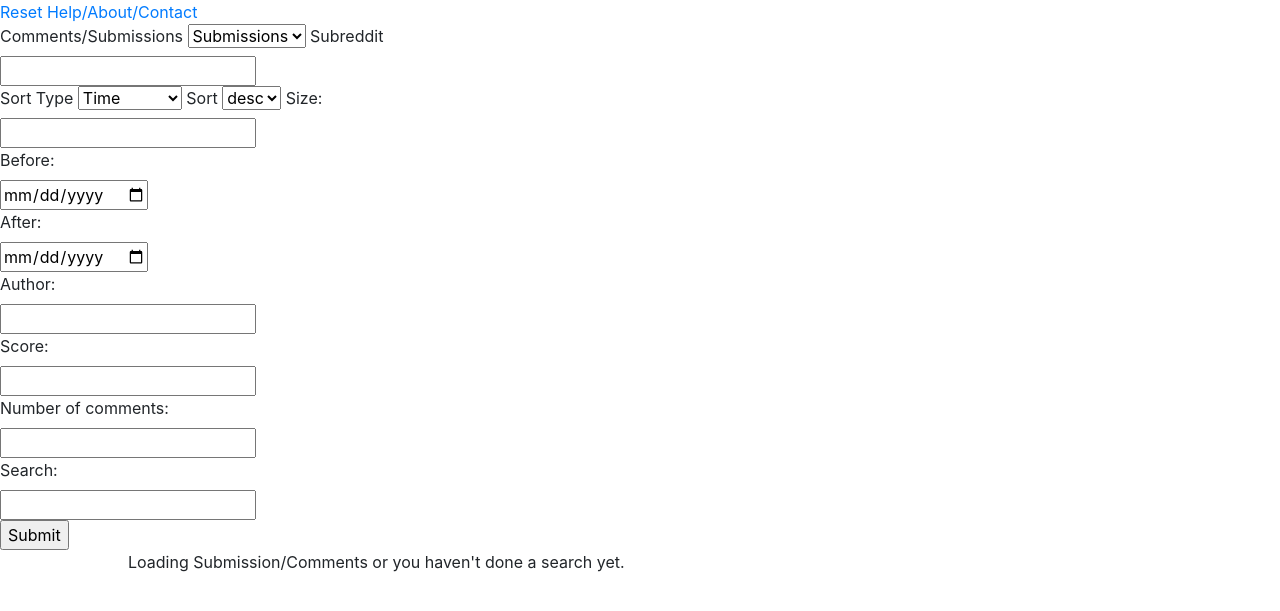
Repository: ihsoyCT/ctarchive
Page: dist/index.html
An editor plug-in stored every save of this project. The page is shown before and after the next save, followed by the edit.
The browser window is 1280 px wide. The pictures show the whole page.

Above is the page before, as saved 2022-05-03 17:12:51.

### dist/index.html

<!DOCTYPE html>
<html>
  <head>
    <title>Reddit Archive</title>
    <style>
      .children {
        margin-left: 20px;
      }
      .score {
        margin-top: auto;
        margin-bottom: auto; /* width: 20px; */
        padding-left: 8px; /* align-items: center; */ /* justify-content: center; */ /* align-self: center; */
        width: 2%;
      }

      .submissionclass {
        height: auto;
        background-color: lightgray;
        margin: 20px 0px 20px 0px;
        display: flex;
      }

      input, label {
        display:block;
      }

      .main {
        margin-left: 10px;
      }

      .thumbnail {
        /* FLOAT: right; */
        margin-left: auto;
      }

      div#content {
        width: 80%;
        margin: auto;
      }

      #submission a {
        font-size: 10px;
      }

      #submission .post a {
        font-size: 1rem;
      }

      #orhans {
        background-color: red;
      }

      .posted {
        font-size: 10px;
      }
      .thumbnail img {
        max-width: 400px;
      }
      h3 {
        margin: 0;
      }
      p.comment_title {
        font-size: 10px;
      }

      .post {
        background-color: lightgrey;
        border: solid;
        border-width: 1px;
        margin-bottom: 5px;
        font-size: 1rem;
      }


      .post_highlight {
        background-color: rgb(87, 131, 87);
        border: solid;
        border-width: 1px;
        margin-bottom: 5px;
        font-size: 1rem;
      }

    </style>
    <link
      rel="stylesheet"
      href="https://stackpath.bootstrapcdn.com/bootstrap/4.5.0/css/bootstrap.min.css"
      integrity="sha384-9aIt2nRpC12Uk9gS9baDl411NQApFmC26EwAOH8WgZl5MYYxFfc+NcPb1dKGj7Sk"
      crossorigin="anonymous"
    />
    <script
      src="https://code.jquery.com/jquery-3.5.1.slim.min.js"
      integrity="sha384-DfXdz2htPH0lsSSs5nCTpuj/zy4C+OGpamoFVy38MVBnE+IbbVYUew+OrCXaRkfj"
      crossorigin="anonymous"
    ></script>
    <script
      src="https://cdn.jsdelivr.net/npm/popper.js@1.16.0/dist/umd/popper.min.js"
      integrity="sha384-Q6E9RHvbIyZFJoft+2mJbHaEWldlvI9IOYy5n3zV9zzTtmI3UksdQRVvoxMfooAo"
      crossorigin="anonymous"
    ></script>
    <script
      src="https://stackpath.bootstrapcdn.com/bootstrap/4.5.0/js/bootstrap.min.js"
      integrity="sha384-OgVRvuATP1z7JjHLkuOU7Xw704+h835Lr+6QL9UvYjZE3Ipu6Tp75j7Bh/kR0JKI"
      crossorigin="anonymous"
    ></script>
  </head>
  <div class="error" id="error"></div>
  <div class="left">
    <a href="./index.html" id="back">Reset</a>
    <a href="./about.html" id="back">Help/About/Contact</a>
    <div id="searchform">
      <form id="search_form">
          <label for="mode">Comments/Submissions</label>
          <select id="mode" name="mode">
              <option value="submissions">Submissions</option>
              <option value="comments">Comments</option>
          </select>
        <label for="subreddit"> Subreddit </label>
        <input type="text" name="subreddit" id="subreddit" />
        <label for="sort_type">Sort Type</label>
        <select name="sort_type" id="sort_type">
          <option value="created_utc">Time</option>
          <option value="score">Score</option>
          <option value="num_comments">Comments</option>
        </select>
        <label for="sort">Sort</label>
        <select name="sort" id="sort">
          <option value="desc">desc</option>
          <option value="asc">asc</option>
        </select>
        <label for="size">Size:</label><input type="text" name="size" id="size" />
        <label for="before">Before:</label>
        <input type="date" name="before" id="before" />
        <label for="after">After:</label>
        <input type="date" name="after" id="after" />
        <label for="author">Author:</label>
        <input type="text" name="author" id="author" />
        <label for="score">Score:</label>
        <input type="text" name="score" id="score" />
        <label for="num_comments">Number of comments:</label>
        <input type="text" name="num_comments" id="num_comments" />
        <label for="q">Search:</label>
        <input type="text" name="q" id="q" />
        <input type="submit" />
      </form>
    </div>
  </div>
  <div id="status"></div>
  <div id="content"></div>
  <div id="orphans"></div>
  <body>
    <script src="index.js"></script>
  </body>
</html>

Loaded but not shown: dist/index.js (library)

After the next save:
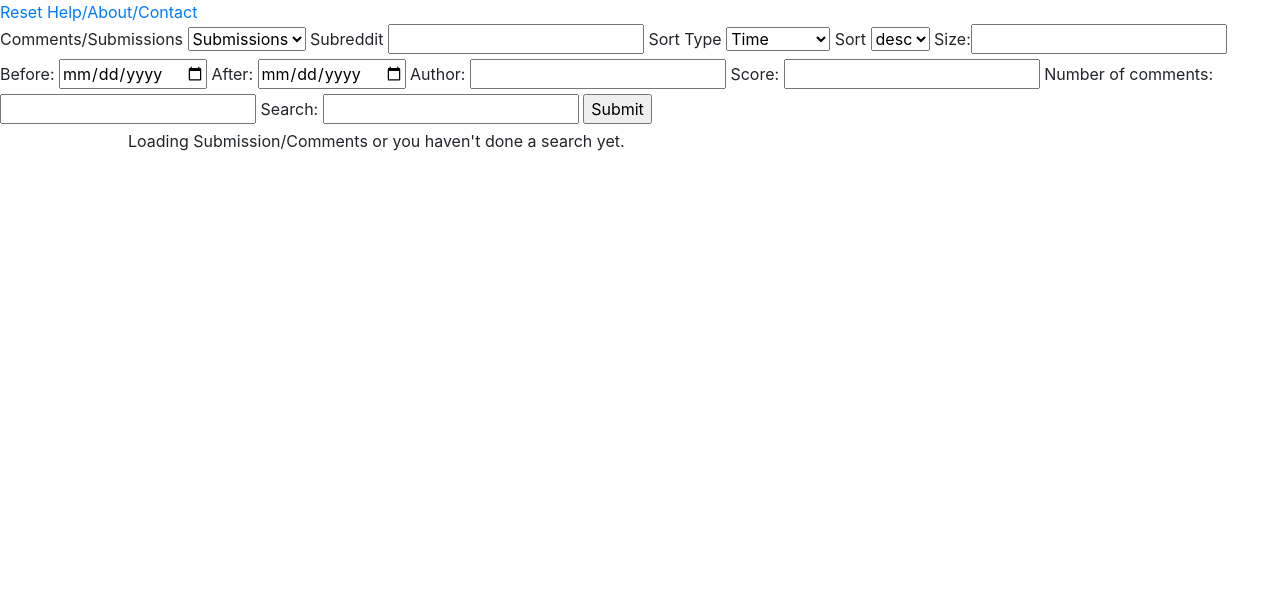
Saved 8 s later.
--- a/dist/index.html
+++ b/dist/index.html
@@ -19,10 +19,6 @@
         background-color: lightgray;
         margin: 20px 0px 20px 0px;
         display: flex;
-      }
-
-      input, label {
-        display:block;
       }
 
       .main {
